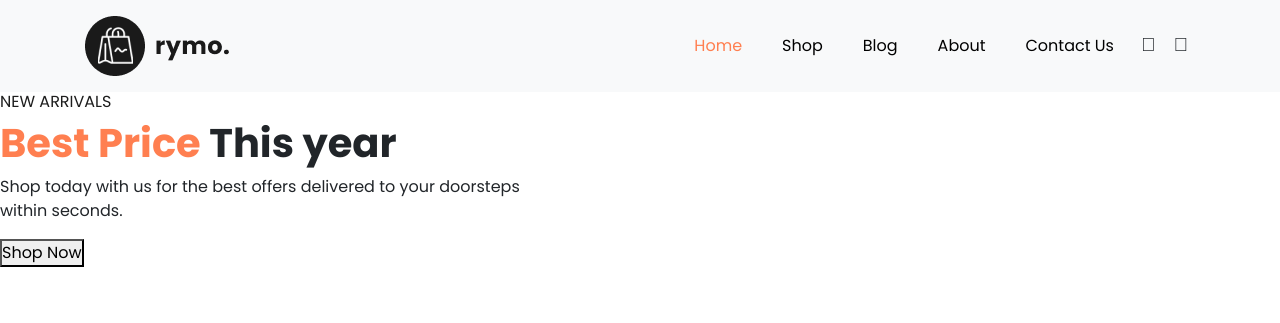
Repository: peter417waweru/e-commerce-UI
Page: index.html
An editor plug-in stored every save of this project. The page is shown before and after the next save, followed by the edit.
The browser window is 1280 px wide. The pictures show the whole page.
Some web libraries are served in a nearby version.

Above is the page before, as saved 2025-02-07 18:57:40.

### index.html
<!DOCTYPE html>
<html lang="en">

    <head>
        <meta charset="UTF-8">
        <meta http-equiv="X-UA-Compatible" content="IE=edge">
        <meta name="viewport" content="width=device-width, initial-scale=1.0">
        <title>Ecommerce Website1</title>

        <link rel="stylesheet" href="https://cdn.jsdelivr.net/npm/bootstrap@4.1.3/dist/css/bootstrap.min.css"
         integrity="sha384-MCw98/SFnGE8fJT3GXwEOngsV7Zt27NXFoaoApmYm81iuXoPkFOJwJ8ERdknLPMO" crossorigin="anonymous">

        <link rel="stylesheet" href="https://pro.fontawesome.com/releases/v5.10.0/css/all.css" />

        <link rel="stylesheet" href="./style.css">
    </head>

    <body>

        <nav class="navbar navbar-expand-lg navbar-light bg-light py-3">
            <div class="container">
              <img src="img/logo1.png" alt="">
              <button class="navbar-toggler" type="button" data-bs-toggle="collapse" data-bs-target="#navbarSupportedContent" aria-controls="navbarSupportedContent" aria-expanded="false" aria-label="Toggle navigation">
                <span class="navbar-toggler-icon"></span>
              </button>
              <div class="collapse navbar-collapse" id="navbarSupportedContent">
                <ul class="navbar-nav ml-auto">
                  <li class="nav-item">
                    <a class="nav-link active" aria-current="page" href="#">Home</a>
                  </li>
                  <li class="nav-item">
                    <a class="nav-link" aria-current="page" href="#">Shop</a>
                  </li>
                  <li class="nav-item">
                    <a class="nav-link" aria-current="page" href="#">Blog</a>
                  </li>
                  <li class="nav-item">
                    <a class="nav-link" aria-current="page" href="#">About</a>
                  </li>
                  <li class="nav-item">
                    <a class="nav-link" aria-current="page" href="#">Contact Us</a>
                  </li>
                  <li class="nav-item">
                    <i class="fal fa-search"></i>
                    <i class="fal fa-shopping-bag"></i>
                  </li>


                </ul>

              </div>
            </div>
        </nav>


        <section id="home">
          <div class="">
            <h5>NEW ARRIVALS</h5>
            <h1><span>Best Price</span> This year</h1>
            <p>Shop today with us for the best offers delivered to your doorsteps <br>
               within seconds.
            </p>
            <button>Shop Now</button>
          </div>
        </section>

        <script src="https://cdn.jsdelivr.net/npm/@popperjs/core@2.9.1/dist/umd/popper.min.js"
            integrity="sha384-SR1sx49pcuLnqZUnnPwx6FCym0wLsk5JZuNx2bPPENzswTNFaQU1RDvt3wT4gWFG"
            crossorigin="anonymous"></script>
        <script src="https://cdn.jsdelivr.net/npm/bootstrap@5.0.0-beta3/dist/js/bootstrap.min.js"
            integrity="sha384-j0CNLUeiqtyaRmlzUHCPZ+Gy5fQu0dQ6eZ/xAww941Ai1SxSY+0EQqNXNE6DZiVc"
            crossorigin="anonymous"></script>
    </body>

</html>

### style.css
@import url("https://fonts.googleapis.com/css2?family=Poppins:wght@100;200;300;400;500;600;700;800;900&display=swap");
* {
  margin: 0;
  padding: 0;
  box-sizing: border-box;
}

body {
  font-family: "Poppins", sans-serif;
}

h1 {
  font-size: 2.5rem;
  font-weight: 700;
}

h2 {
  font-size: 1.8rem;
  font-weight: 600;
}

h3 {
  font-size: 1.4rem;
  font-weight: 800;
}

h4 {
  font-size: 1.1rem;
  font-weight: 600;
}

h5 {
  font-size: 1rem;
  font-weight: 400;
  color: #1d1d1d;
}

h6 {
  color: #d8d8d8;
}

hr {
  width: 30px;
  height: 2px;

}

.navbar {
  font-size: 16px;
}

.navbar-light .navbar-nav .nav-link{
  padding: 0 20px;
  color: black;
  transition: 0.3s ease;
}

.navbar-light .navbar-nav .nav-link:hover,
.navbar i:hover,
.navbar-light .navbar-nav .nav-link.active,
.navbar i.active
{
  color: coral;
}

.navbar i{
  font-size: 1.2rem;
  padding: 0 7px;
  cursor: pointer;
  transition: 0.3s ease;
}

#home span{
  color: coral;
}

After the next save:
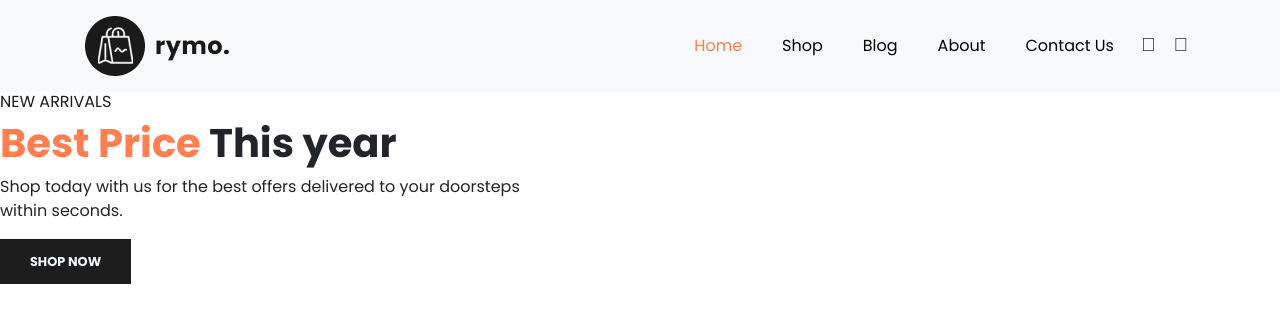
Saved 4 min 45 s later.
--- a/style.css
+++ b/style.css
@@ -39,6 +39,18 @@ h6 {
   color: #d8d8d8;
 }
 
+button {
+  font-size: 0.8rem;
+  font-weight: 700;
+  outline: none;
+  border: none;
+  background-color: #1d1d1d;
+  color: aliceblue;
+  padding: 13px 30px;
+  text-transform: uppercase;
+
+}
+
 hr {
   width: 30px;
   height: 2px;
